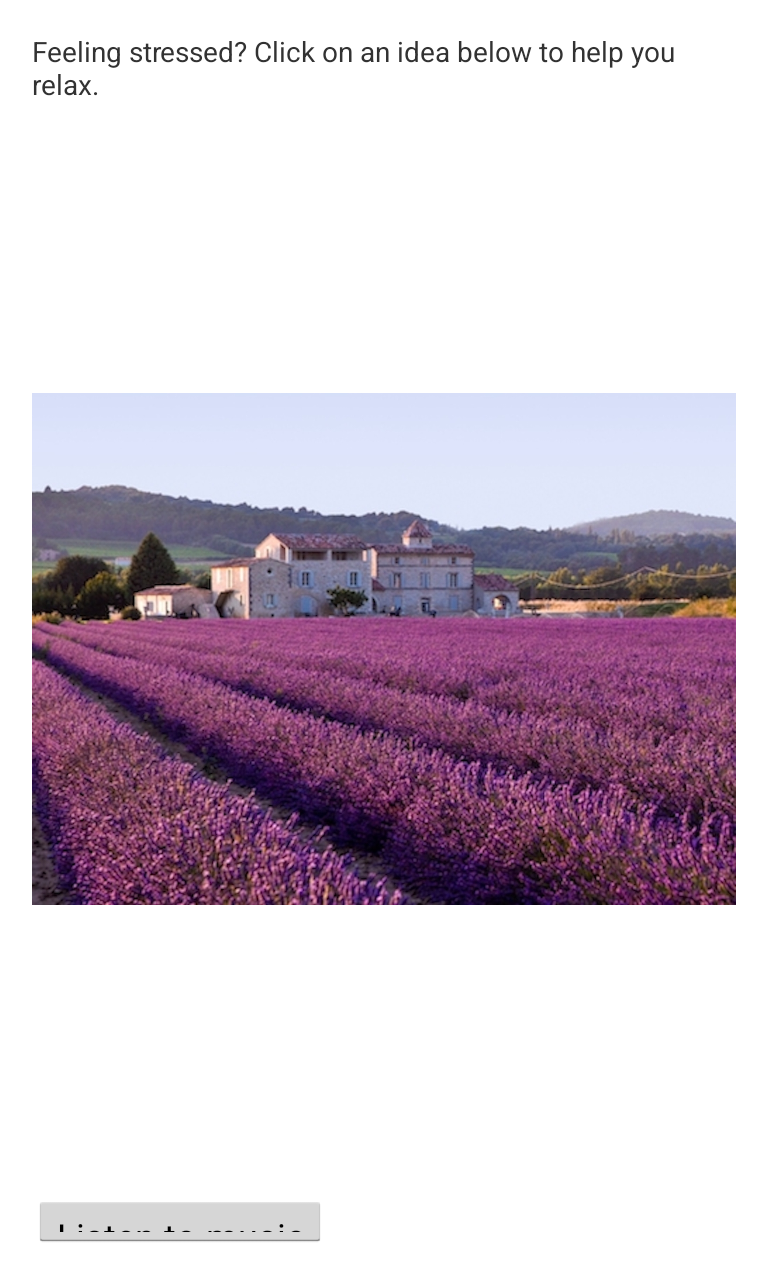
Repository: LSummers33/Apps101
Layout: Self-Care/res/layout/activity_main.xml
These files come from the project's save history. The layout is drawn as it stood at one moment and after the next save; the edit follows.
It is drawn on a 768 x 1280 px phone screen (xhdpi) without system bars, with theme AppTheme; the app's code is not run.

Above is the layout before, as saved 2014-01-26 20:56:22.

After the next save:
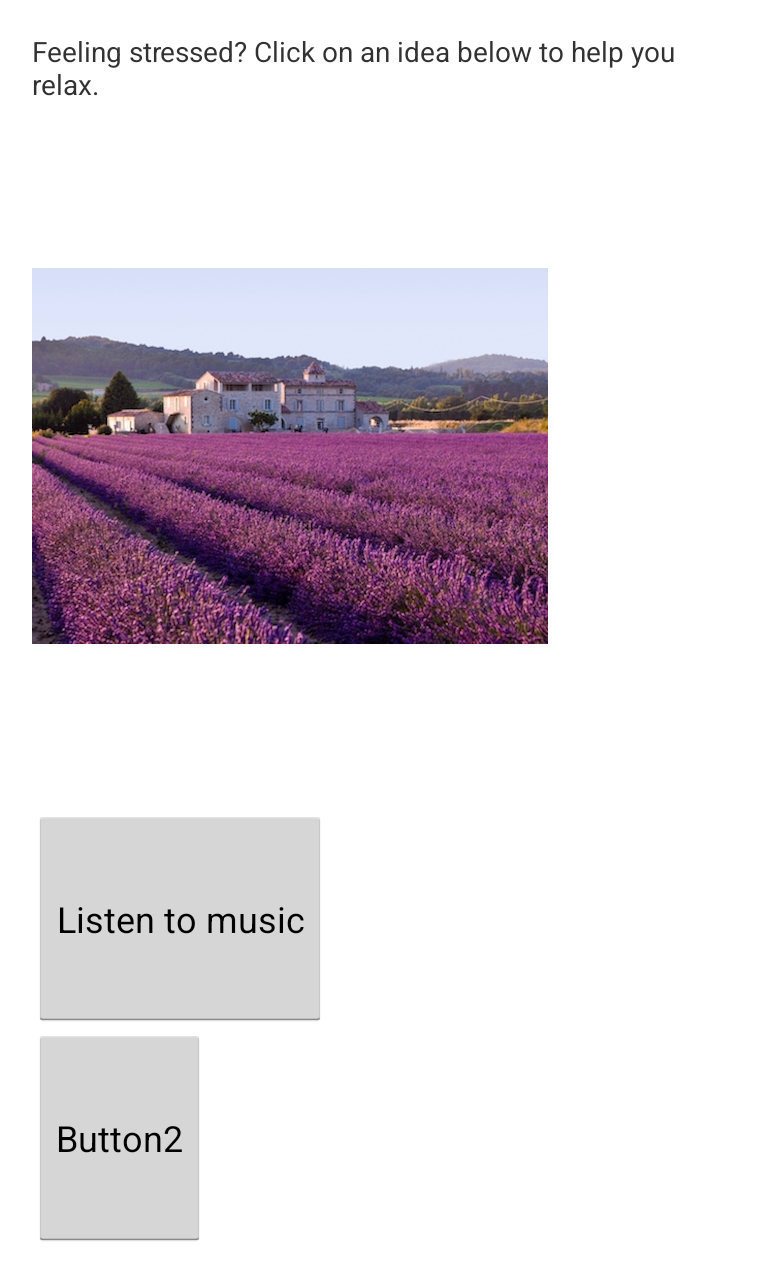
Saved 90 s later.
--- a/Self-Care/res/layout/activity_main.xml
+++ b/Self-Care/res/layout/activity_main.xml
@@ -17,8 +17,8 @@
 
     <ImageView
         android:id="@+id/imageView1"
-        android:layout_width="wrap_content"
-        android:layout_height="wrap_content"
+        android:layout_width="258dp"
+        android:layout_height="353dp"
         android:contentDescription="@string/image"
         android:src="@drawable/lavender_field" />
 
@@ -27,18 +27,14 @@
         android:layout_width="wrap_content"
         android:layout_height="wrap_content"
         android:onClick="listen"
+        android:layout_weight="1"
         android:text="@string/button1" />
 
     <Button
         android:id="@+id/button2"
         android:layout_width="wrap_content"
         android:layout_height="wrap_content"
+        android:layout_weight="1"
         android:text="@string/button2" />
 
-    <Button
-        android:id="@+id/button3"
-        android:layout_width="wrap_content"
-        android:layout_height="wrap_content"
-        android:text="@string/button3" />
-
 </LinearLayout>
